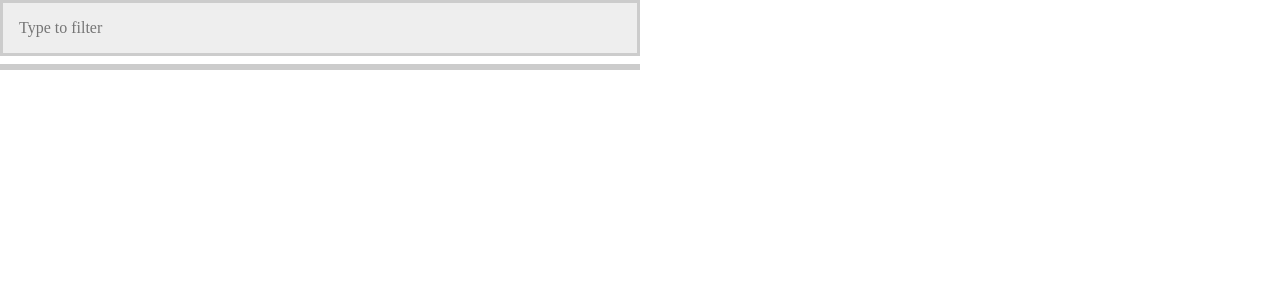
Repository: spihex/stage2-custom-dropdown
Page: index.html
An editor plug-in stored every save of this project. The page is shown before and after the next save, followed by the edit.
The browser window is 1280 px wide. The pictures show the whole page.

Above is the page before, as saved 2021-02-08 02:25:10.

### index.html
<!DOCTYPE html>
<html lang="ru">

    <head>
        <meta charset="UTF-8">
        <meta name="viewport" content="width=device-width, initial-scale=1.0">
        <title>stage 2 custom dropdown with filter</title>
        <link rel="stylesheet" href="./css/normalize.min.css">
        <link rel="stylesheet" href="./css/main.css">
    </head>

    <body>

        <div class="dropdown">
            <input class="dropdown__input" type="text" value="" placeholder="Type to filter">

            <ul class="dropdown__list">
                <li class="dropdown__item">Massachusetts</li>
                <li class="dropdown__item">Michigan</li>
                <li class="dropdown__item">New Hampshire</li>
                <li class="dropdown__item">New Jersey</li>
                <li class="dropdown__item">Wisconsin</li>
                <li class="dropdown__item">Wyoming</li>
            </ul>
        </div>

        <script src="./js/main.js"></script>
    </body>

</html>

### css/normalize.min.css
/*! normalize.css v8.0.1 */html{line-height:1.15;-webkit-text-size-adjust:100%}body{margin:0}main{display:block}h1{font-size:2em;margin:.67em 0}hr{box-sizing:content-box;height:0;overflow:visible}pre{font-family:monospace,monospace;font-size:1em}a{background-color:transparent}abbr[title]{border-bottom:none;text-decoration:underline;-webkit-text-decoration:underline dotted;text-decoration:underline dotted}b,strong{font-weight:bolder}code,kbd,samp{font-family:monospace,monospace;font-size:1em}small{font-size:80%}sub,sup{font-size:75%;line-height:0;position:relative;vertical-align:baseline}sub{bottom:-.25em}sup{top:-.5em}img{border-style:none}button,input,optgroup,select,textarea{font-family:inherit;font-size:100%;line-height:1.15;margin:0}button,input{overflow:visible}button,select{text-transform:none}[type=button],[type=reset],[type=submit],button{-webkit-appearance:button}[type=button]::-moz-focus-inner,[type=reset]::-moz-focus-inner,[type=submit]::-moz-focus-inner,button::-moz-focus-inner{border-style:none;padding:0}[type=button]:-moz-focusring,[type=reset]:-moz-focusring,[type=submit]:-moz-focusring,button:-moz-focusring{outline:1px dotted ButtonText}fieldset{padding:.35em .75em .625em}legend{box-sizing:border-box;color:inherit;display:table;max-width:100%;padding:0;white-space:normal}progress{vertical-align:baseline}textarea{overflow:auto}[type=checkbox],[type=radio]{box-sizing:border-box;padding:0}[type=number]::-webkit-inner-spin-button,[type=number]::-webkit-outer-spin-button{height:auto}[type=search]{-webkit-appearance:textfield;outline-offset:-2px}[type=search]::-webkit-search-decoration{-webkit-appearance:none}::-webkit-file-upload-button{-webkit-appearance:button;font:inherit}details{display:block}summary{display:list-item}template{display:none}[hidden]{display:none}*,*:after,*:before{box-sizing:border-box}img{max-width:100%}

### css/main.css
.dropdown {
    position: relative;
    width: 50%;
}

.dropdown__input, .dropdown__list {
    position: absolute;
    top: 0;
    left: 0;
    width: 100%;
}

.dropdown__input {
    padding: 1rem;
    background-color: #fafcfd;
    border: 3px solid #ccc;
    cursor: pointer;
}

.dropdown__input:hover {
    background-color: #eee;
}

.dropdown__list {
    list-style: none;
    margin: 4rem 0 0 0;
    padding: 0;
    border: 3px solid #ccc;
    overflow: hidden;
    max-height: 0;
}

.dropdown__list.open {
    max-height: 320px;
    overflow: auto;
}

.dropdown__item {
    position: relative;
    padding: 1rem;
    display: flex;
    align-items: center;
    background-color: #fafcfd;
    cursor: pointer;
    opacity: 1;
}

.dropdown__item:hover {
    background-color: #ddd;
}

.dropdown__item.closed {
    max-height: 0;
    overflow: hidden;
    padding: 0;
    opacity: 0;
}

### js/main.js
const dropdownInputField = document.querySelector('.dropdown__input');
const dropdownList = document.querySelector('.dropdown__list');
const dropdownListItems = document.querySelectorAll('.dropdown__item');

let dropdownListItemsValues = [];
dropdownListItems.forEach(item => {
    dropdownListItemsValues.push(item.textContent);
});


dropdownInputField.addEventListener('input', () => {
    dropdownList.classList.add('open');
    let inputValue = dropdownInputField.value.toLowerCase();
    if (inputValue.length > 0) {
        for (let j = 0; j < dropdownListItemsValues.length; j++) {
            if (!(inputValue.substring(0, inputValue.length) === dropdownListItemsValues[j].substring(0, inputValue.length).toLowerCase())) {
                dropdownListItems[j].classList.add('closed');
                console.log('при любом условии');
            } else {
                dropdownListItems[j].classList.remove('closed');
                console.log('это когда совпадение');
            }
        }
    } else {
        for (let i = 0; i < dropdownListItems.length; i++) {
            dropdownListItems[i].classList.remove('closed');
            console.log('это когда пусто');
        }
    }
});

dropdownListItems.forEach(item => {
    item.addEventListener('click', (evt) => {
        dropdownInputField.value = item.textContent;
        dropdownListItems.forEach(dropdownList => {
            dropdownList.classList.add('closed');
        });
    });
})

dropdownInputField.addEventListener('focus', () => {
    dropdownInputField.placeholder = 'Начни писать';
    dropdownList.classList.add('open');
    dropdownListItems.forEach(dropdownList => {
        dropdownList.classList.remove('closed');
    });
});

dropdownInputField.addEventListener('blur', () => {

    totalHiddenItems = document.querySelectorAll('.dropdown__item.closed');

    if (dropdownListItemsValues.length === totalHiddenItems.length) {
        dropdownInputField.value = '';
    }

    dropdownInputField.placeholder = 'Выбери что-нибудь';
    dropdownList.classList.remove('open');


});

document.addEventListener('click', (evt) => {
    const isDropdown = dropdownList.contains(evt.target);
    // console.log(isDropdown);
    const isInput = dropdownInputField.contains(evt.target);
    if (!isDropdown && !isInput) {
        dropdownList.classList.remove('open');
    }
});

After the next save:
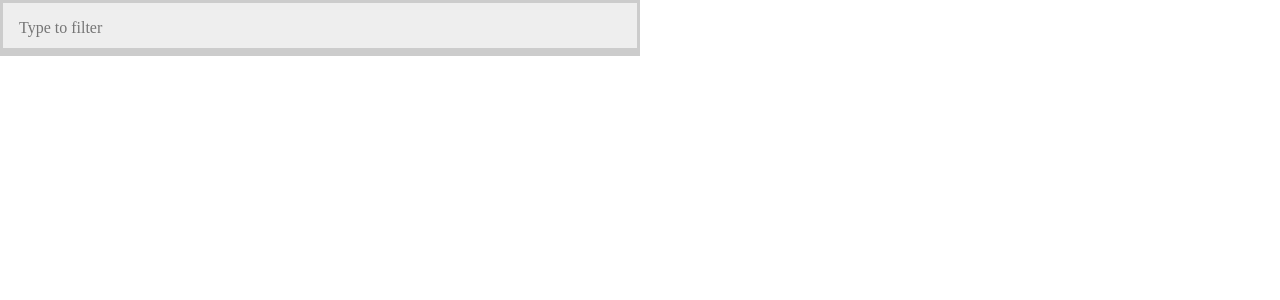
Saved 9 s later.
--- a/css/main.css
+++ b/css/main.css
@@ -23,7 +23,7 @@
 
 .dropdown__list {
     list-style: none;
-    margin: 4rem 0 0 0;
+    margin: 3rem 0 0 0;
     padding: 0;
     border: 3px solid #ccc;
     overflow: hidden;
